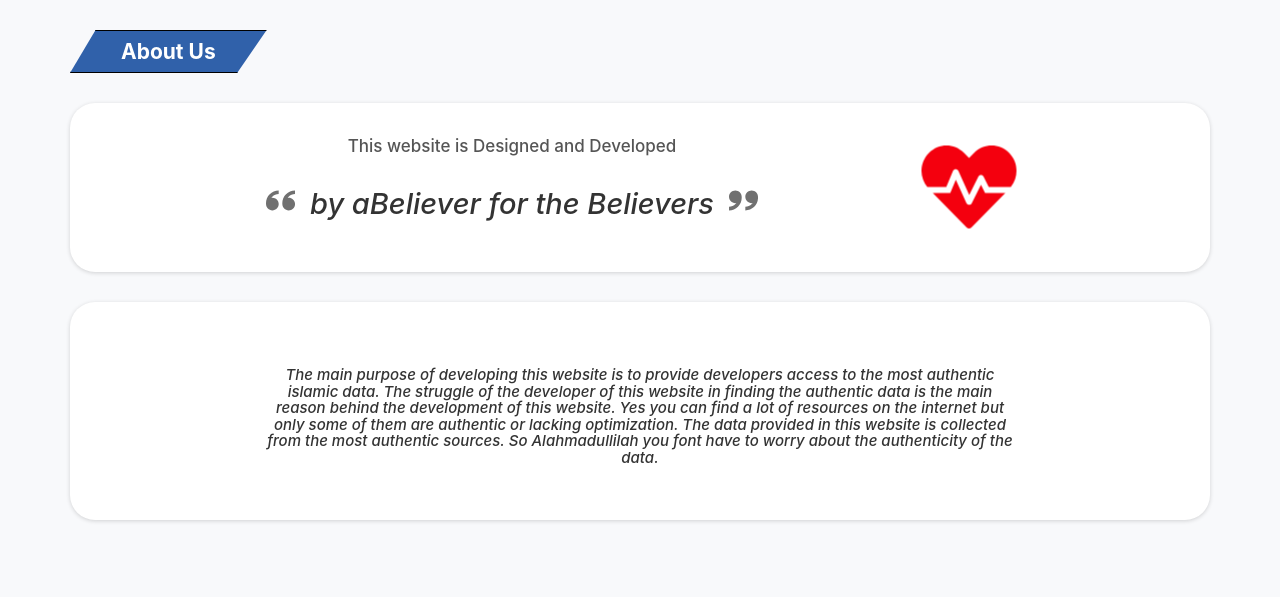
Repository: SpicierEwe/islamic-dev-repo
Page: /legal/about_us
These files come from the project's save history. The page is drawn as it stood at one moment and after the next save; the edit follows.
The browser window is 1280 px wide. The pictures show the whole page.
The project was rebuilt for these pictures with package versions that can differ from the ones it lists, and the page was loaded fresh each time. The framework's server and built-in components were replaced by stand-ins that run in the browser. Also part of the build but not shown: next.config.js.

Above is the page before, as saved 2022-09-16 17:33:26.

After the next save:
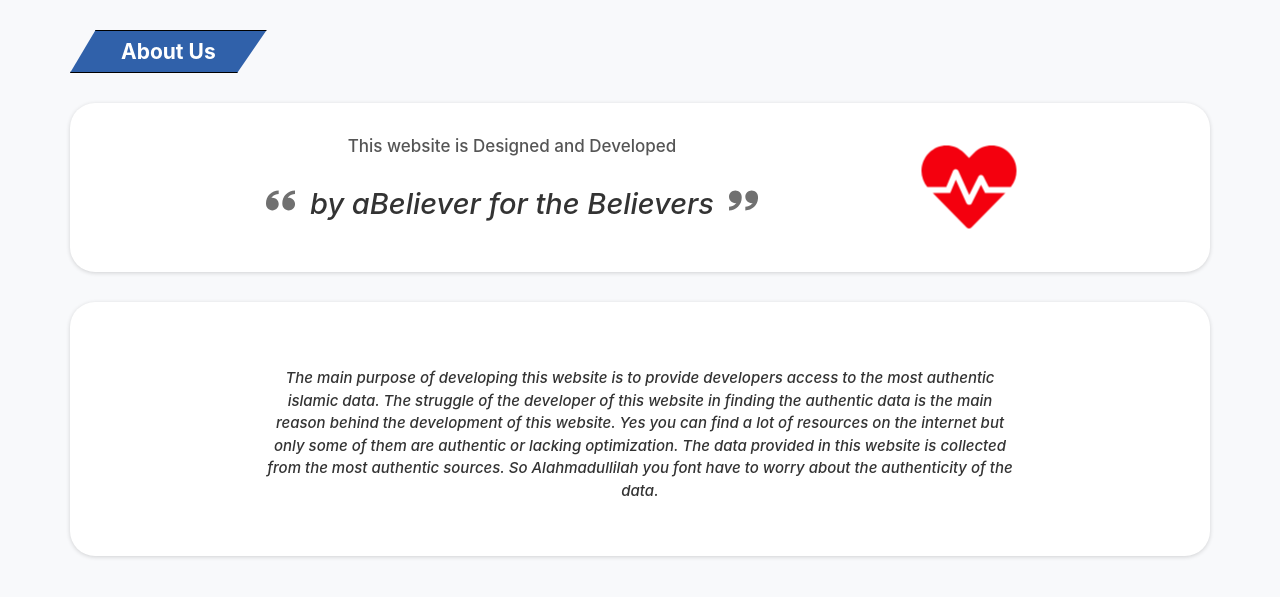
Saved 4 s later.
--- a/components/legal/about_us/about_us.module.css
+++ b/components/legal/about_us/about_us.module.css
@@ -75,7 +75,7 @@
 .summary {
   margin-top: 3rem;
   max-width: 75rem;
-  line-height: 1.1;
+  line-height: 1.5;
   color: #333;
   font-weight: 500;
   font-size: 1.5rem;
